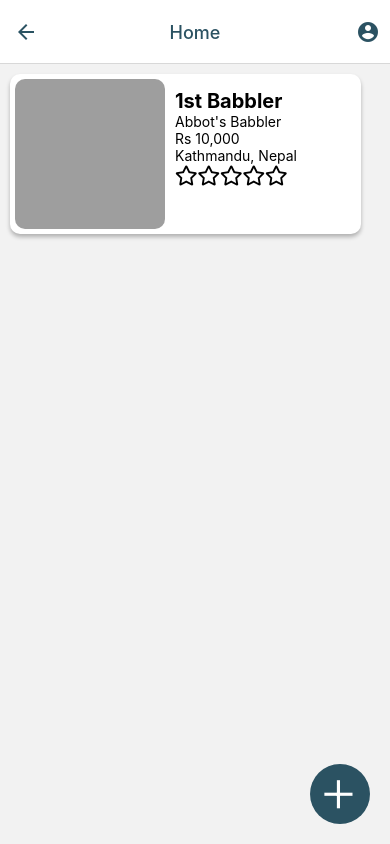
Repository: SaudCh/Expo-Pethub
Screen: /Home
These files come from the project's save history. The screen is drawn as it stood at one moment and after a run of saves; the edit follows.
Pictures or frames that could not be fetched are drawn as grey boxes. The app was drawn by React Native's web renderer in a window 390 px wide. The project was rebuilt for these pictures with package versions that can differ from the ones it lists, and the page was loaded fresh each time. Also part of the build but not shown: Screens/Signup.js, Screens/Profile.js, Screens/UpdateProfile.js, Screens/ForgetPassword.js, Screens/Add.js.

Above is the screen before, as saved 2022-11-15 01:04:50.

After the next 2 saves:
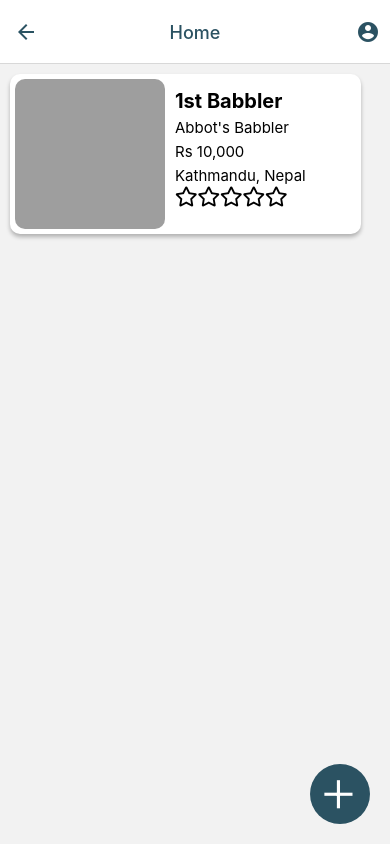
The 2 saves are shown as one change because they came seconds apart.
The last was saved 29 s later.
--- a/Screens/Card.js
+++ b/Screens/Card.js
@@ -58,6 +58,10 @@ const styles = StyleSheet.create({
         fontWeight: 'bold',
         marginTop: 10
     },
+    text: {
+        fontSize: 15,
+        marginTop: 5
+    }
 
 
 
